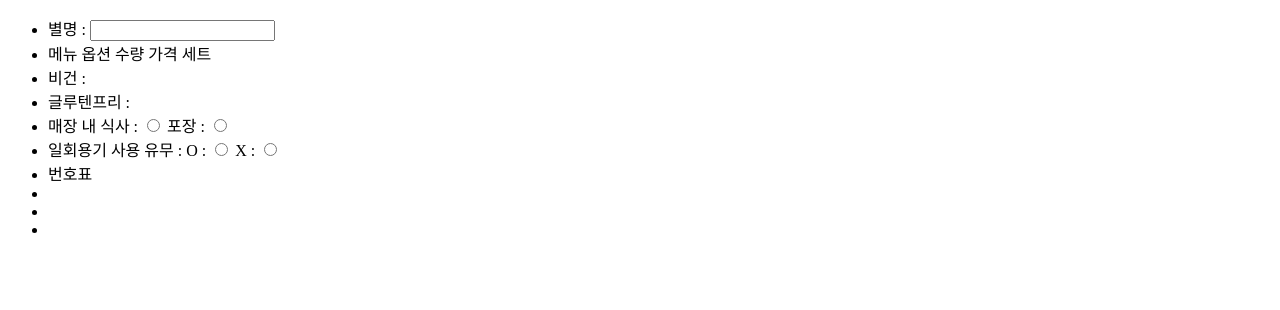
Repository: 1018lmh-hub/java_dynamic
Page: MyFirstWebProject/src/main/webapp/views/burger_request_get.html
The author's editor kept a copy of each file at every save. The page is drawn from the files as they stood at one save, then again after the next save.
The browser window is 1280 px wide. The pictures show the whole page.

Above is the page before, as saved 2026-05-04 08:45:10.

### MyFirstWebProject/src/main/webapp/views/burger_request_get.html
<!DOCTYPE html>
<html>
<head>
<meta charset="UTF-8">
<title>버거</title>
</head>
<body>

	<form method = "get" action="http://localhost:8088/first/second.do">
		<ul>
			<li>
				별명 : <input type = "text" name = "name"/>
			</li>
			<li>
				메뉴 옵션 수량 가격 세트
			</li>
			<li>
				비건 :
			</li>
			<li>
				글루텐프리 :
			</li>
			<li>
				매장 내 식사 : <input type="radio" name = "order" value= "매장"/>
				포장 : <input type="radio" name = "order" value="포장"/>
			</li>
			<li>
				일회용기 사용 유무 :
				O : <input type="radio" name = "singleUse" value="O"/>
				X : <input type="radio" name = "singleUse" value="X"/>
			</li>
			<li>
				번호표
			</li>
			<li>

			</li>
			<li>

			</li>
			<li>

			</li>


		</ul>

	</form>



</body>
</html>

After the next save:
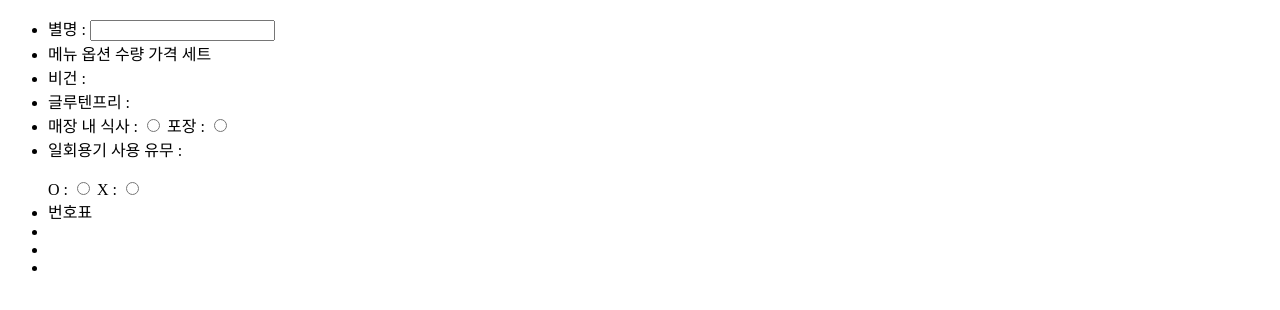
Saved 40 s later.
--- a/MyFirstWebProject/src/main/webapp/views/burger_request_get.html
+++ b/MyFirstWebProject/src/main/webapp/views/burger_request_get.html
@@ -25,7 +25,7 @@
 				포장 : <input type="radio" name = "order" value="포장"/>
 			</li>
 			<li>
-				일회용기 사용 유무 :
+				일회용기 사용 유무 : <br><br>
 				O : <input type="radio" name = "singleUse" value="O"/>
 				X : <input type="radio" name = "singleUse" value="X"/>
 			</li>
